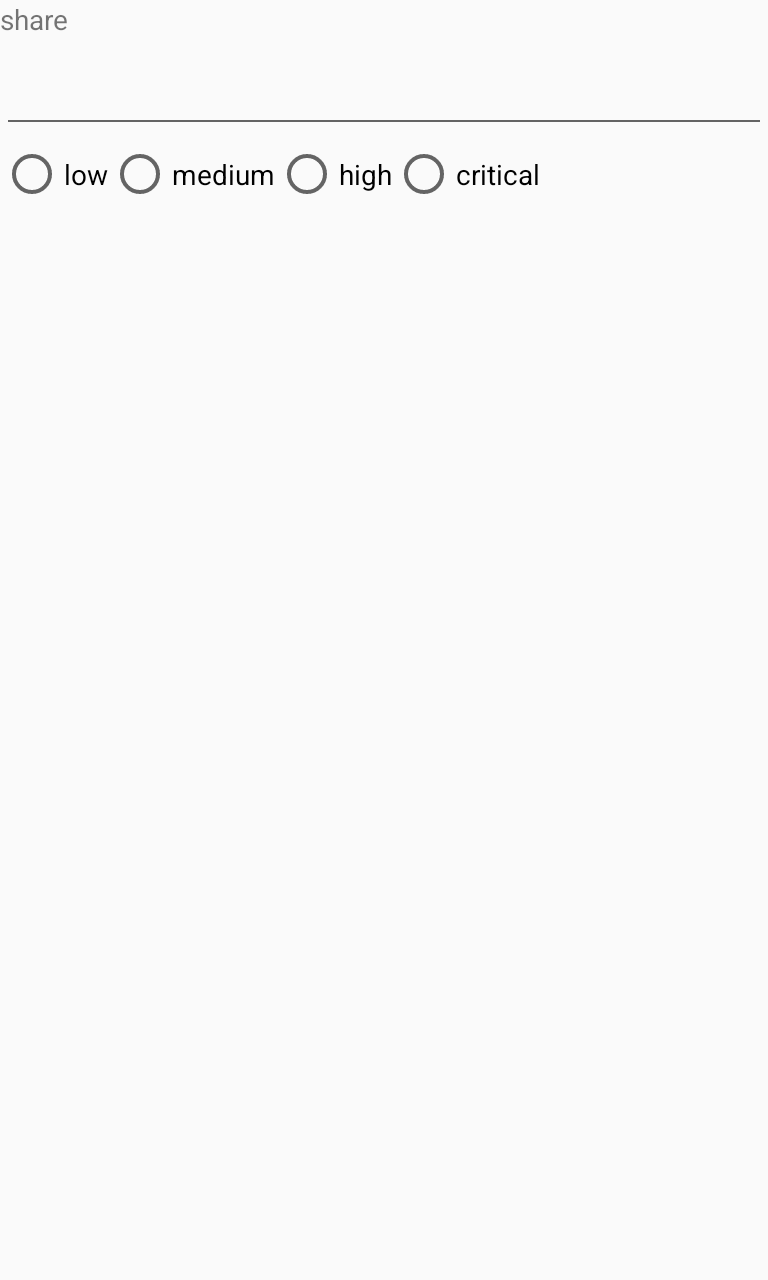
Repository: Pseudos/crowd-tidbits
Layout: crowd-tidbits/res/layout/share.xml
These files come from the project's save history. The layout is drawn as it stood at one moment and after the next save; the edit follows.
It is drawn on a 768 x 1280 px phone screen (xhdpi) without system bars, with theme AppTheme; the app's code is not run.

Above is the layout before, as saved 2015-09-29 12:57:06.

After the next save:
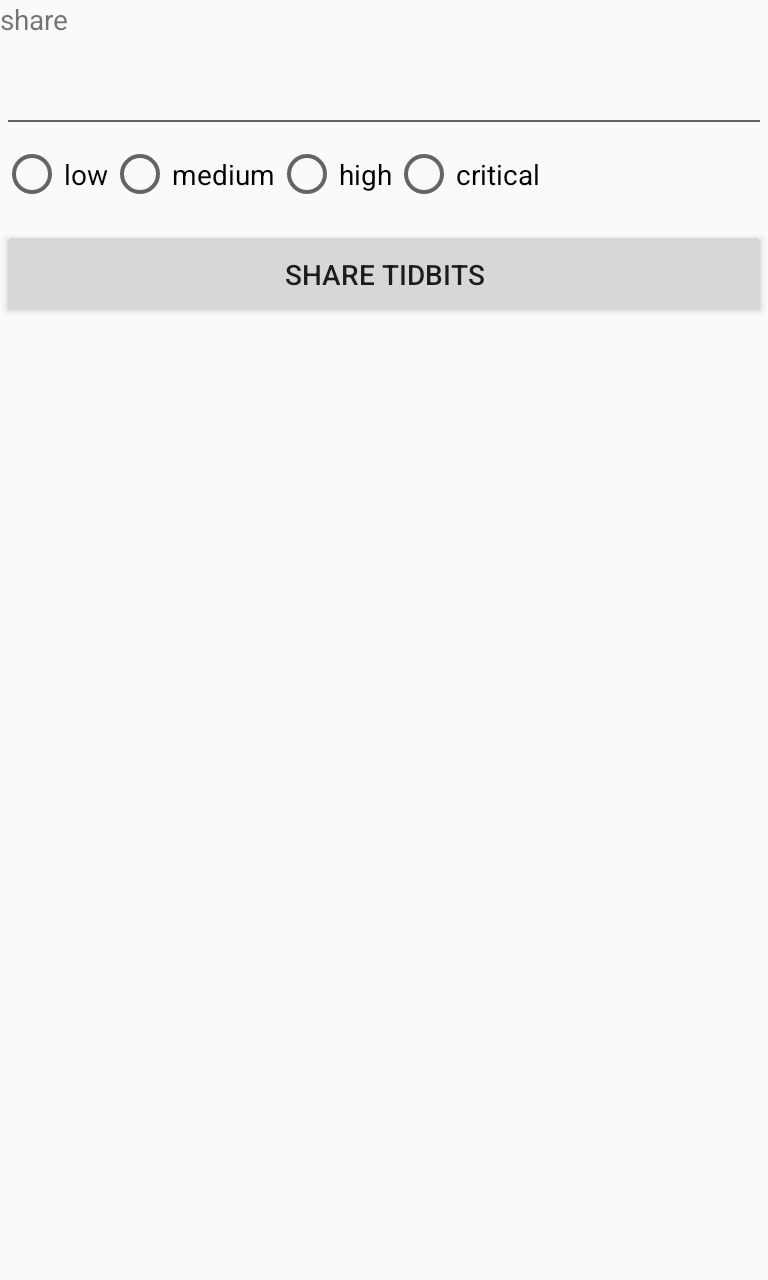
Saved 3 min 24 s later.
--- a/crowd-tidbits/res/layout/share.xml
+++ b/crowd-tidbits/res/layout/share.xml
@@ -45,4 +45,14 @@
 
      </RadioGroup>
 
+     <Button
+        android:id="@+id/share_tidbits"
+        android:layout_width="fill_parent"
+        android:layout_height="wrap_content"
+        android:layout_marginTop="10dp"
+        android:paddingLeft="20dp"
+        android:paddingRight="20dp"
+        android:text="Share Tidbits"
+      />
+
 </LinearLayout>
